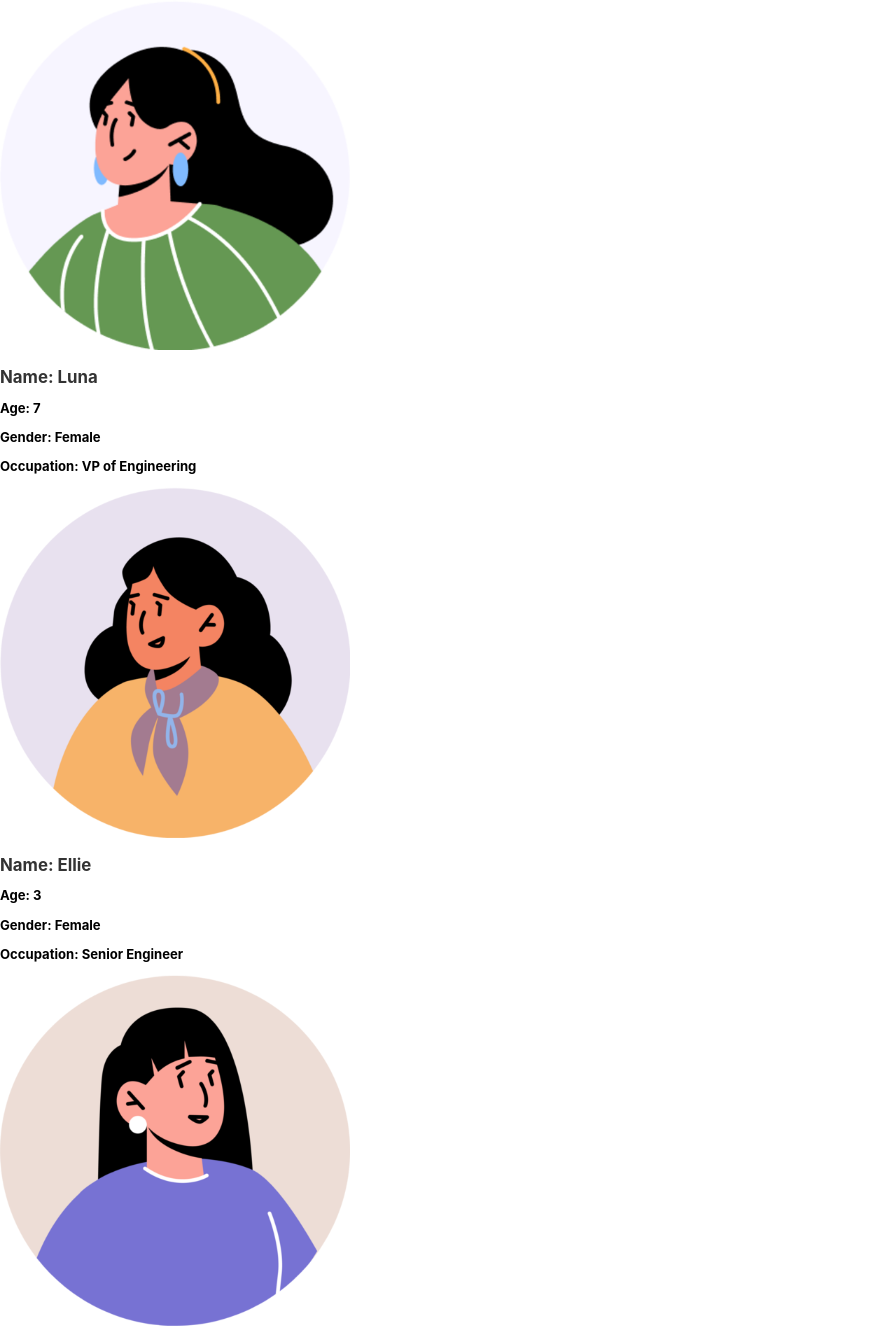
Repository: mahsa199170/React-Props-projects
Page: / (app in profile-app/)
These files come from the project's save history. The page is drawn as it stood at one moment and after the next save; the edit follows.
The browser window is 1280 px wide. The pictures show the part of the page from y = 0 to 1920 px (the page is 2787 px tall before and 2792 px after), at 70% of full size.
The project was rebuilt for these pictures with package versions that can differ from the ones it lists, and the page was loaded fresh each time. Also part of the build but not shown: profile-app/src/App.css.

Above is the page before, as saved 2024-11-18 15:44:33.

### profile-app/src/App.js
import './App.css';
import Profile from './components/profile/Profile';
import { people } from './personalInfo';

function App() {
  const personInfo = people.map((p) => {
    return <h1>{p.name}</h1>;
  });

  return (
    <div>
      {people.map((person) => {
        const { id, name, age, gender, occupation, image } = person;
        return (
          <div key={id}>
            <Profile
              name={name}
              age={age}
              occupation={occupation}
              gender={gender}
              image={image}
            />
          </div>
        );
      })}
    </div>
  );
}

export default App;

### profile-app/src/components/profile/Profile.js
import React from 'react';
import Card from '../card/Card';
import './Profile.scss';

const Profile = ({ id, name, age, gender, occupation, image }) => {
  return (
    <Card>
      <div className="profil-card">
        <img src={image} alt="profile" />
        <h2>Name: {name}</h2>
        <h3>Age: {age}</h3>
        <h3>Gender: {gender}</h3>
        <h3>Occupation: {occupation}</h3>
      </div>
    </Card>
  );
};

export default Profile;

### profile-app/src/personalInfo.js
import image1 from './components/images/100.png';
import image2 from './components/images/54.png';
import image3 from './components/images/73.png';
import image4 from './components/images/94.png';
export const people = [
  {
    id: 1,
    name: 'Luna',
    age: 7,
    gender: 'Female',
    occupation: 'VP of Engineering',
    image: image1,
  },
  {
    id: 2,
    name: 'Ellie',
    age: 3,
    gender: 'Female',
    occupation: 'Senior Engineer',
    image: image2,
  },
  {
    id: 3,
    name: 'Tango',
    age: 10,
    gender: 'male',
    occupation: 'Software Engineer',
    image: image3,
  },
  {
    id: 4,
    name: 'Frankie',
    age: 1,
    gender: 'male',
    occupation: 'Devops Engineer',
    image: image4,
  },
];

### profile-app/src/components/card/Card.js
import React from 'react';

const Card = ({ children }) => {
  return <div className="card">{children}</div>;
};

export default Card;

### profile-app/src/components/profile/Profile.scss
.profile-card {
  box-shadow: rgba(100, 100, 111, 0.2) 0px 7px 29px 0px;
  width: 250px;
  text-align: center;
  border-radius: 50%;
  padding: 2rem;
  font-family: sans-serif;

  img {
    // border-radius: 50%;
    width: 10px !important;
    height: 10px !important;
  }
}

h2 {
  font-size: 24px;
  font-weight: bold;
  margin-bottom: 10px;
  color: #333;
}

p {
  font-size: 16px;
  margin: 5px 0;
  color: #666;
}

Loaded but not shown: profile-app/public/index.html (common file); profile-app/src/index.js (common file); profile-app/src/index.css (common file)

After the next save:
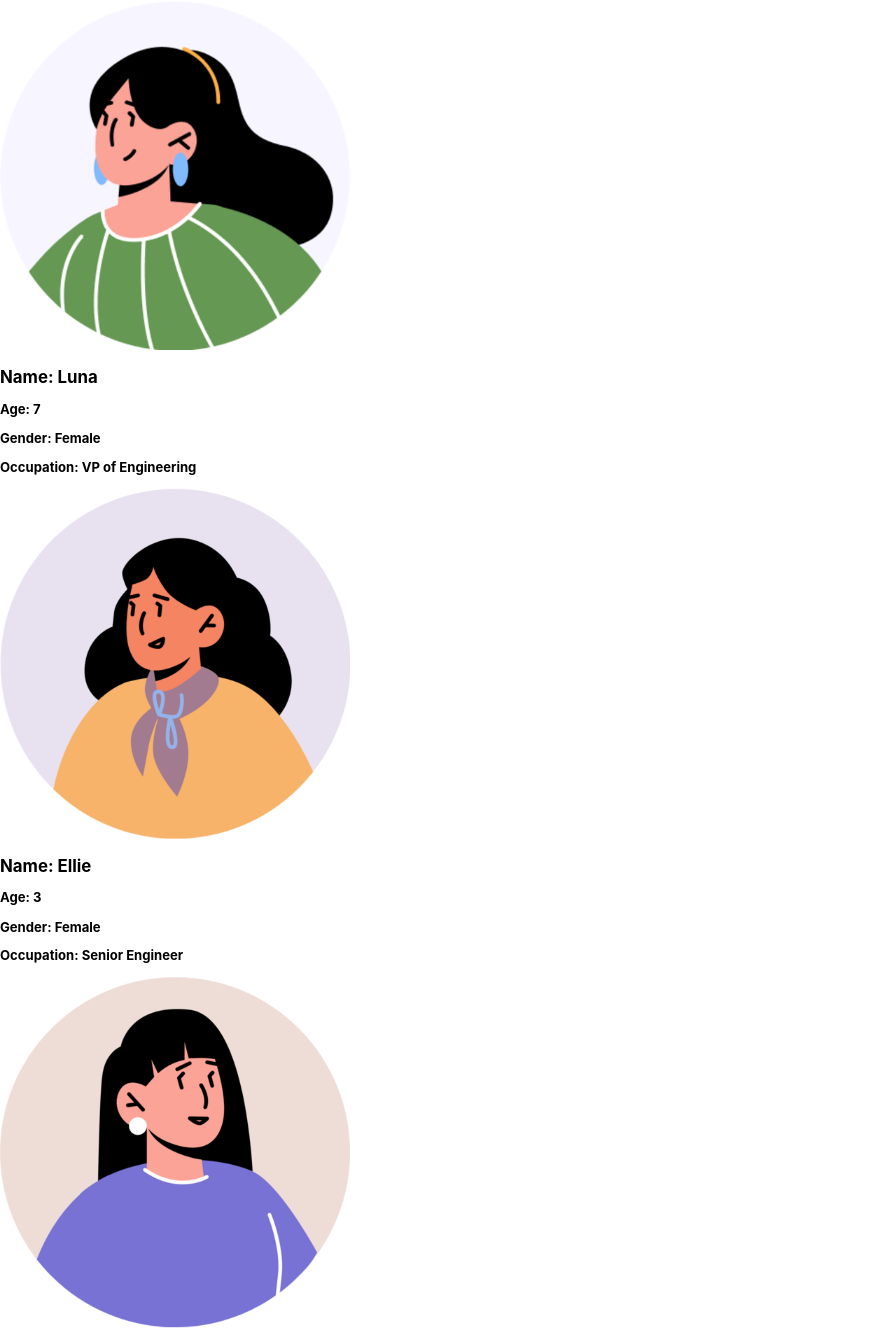
Saved 6 s later.
--- a/profile-app/src/components/profile/Profile.scss
+++ b/profile-app/src/components/profile/Profile.scss
@@ -1,27 +1,27 @@
-.profile-card {
-  box-shadow: rgba(100, 100, 111, 0.2) 0px 7px 29px 0px;
-  width: 250px;
-  text-align: center;
-  border-radius: 50%;
-  padding: 2rem;
-  font-family: sans-serif;
+// .profile-card {
+//   box-shadow: rgba(100, 100, 111, 0.2) 0px 7px 29px 0px;
+//   width: 250px;
+//   text-align: center;
+//   border-radius: 50%;
+//   padding: 2rem;
+//   font-family: sans-serif;
 
-  img {
-    // border-radius: 50%;
-    width: 10px !important;
-    height: 10px !important;
-  }
-}
+//   img {
+//     // border-radius: 50%;
+//     width: 10px !important;
+//     height: 10px !important;
+//   }
+// }
 
-h2 {
-  font-size: 24px;
-  font-weight: bold;
-  margin-bottom: 10px;
-  color: #333;
-}
+// h2 {
+//   font-size: 24px;
+//   font-weight: bold;
+//   margin-bottom: 10px;
+//   color: #333;
+// }
 
-p {
-  font-size: 16px;
-  margin: 5px 0;
-  color: #666;
-}
+// p {
+//   font-size: 16px;
+//   margin: 5px 0;
+//   color: #666;
+// }
